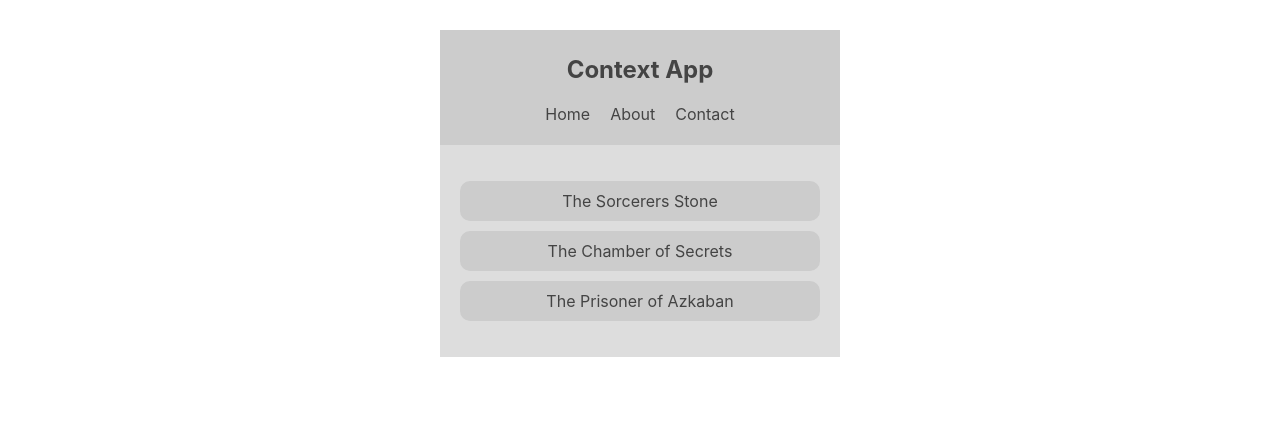
Repository: gboyega/Hook-Context-tut
Page: /
An editor plug-in stored every save of this project. The page is shown before and after a run of saves, followed by the edit.
The browser window is 1280 px wide. The pictures show the whole page.
The project was rebuilt for these pictures with package versions that can differ from the ones it lists, and the page was loaded fresh each time.

Above is the page before, as saved 2020-01-19 16:10:07.

### src/index.css
body {
  margin: 0;
  font-family: -apple-system, BlinkMacSystemFont, 'Segoe UI', 'Roboto', 'Oxygen',
    'Ubuntu', 'Cantarell', 'Fira Sans', 'Droid Sans', 'Helvetica Neue',
    sans-serif;
  -webkit-font-smoothing: antialiased;
  -moz-osx-font-smoothing: grayscale;
}

.App {
  max-width : 400px;
  margin: 30px auto;
  text-align: center;
}

nav{
  padding: 5px;
}

nav ul {
  padding: 0;
}

nav ul li {
  display: inline-block;
  margin: 0 10px;
}

.book-list {
  padding: 20px;
  margin-bottom: 20px;
}

.book-list ul {
  padding: 0;
  list-style-type: none;
}

.book-list li {
  padding: 10px;
  margin: 10px auto;
  border-radius: 10px;
}

### src/App.js
import React from "react";
import Navbar from "./components/Navbar";
import BookList from "./components/BookList";
import ThemeContextProvider from "./contexts/ThemeContext";

function App() {
  return (
    <div className="App">
      <ThemeContextProvider>
        <Navbar />
        <BookList />
      </ThemeContextProvider>
    </div>
  );
}

export default App;

### src/components/Navbar.js
import React, { Component } from "react";
import { ThemeContext } from "../contexts/ThemeContext";

class Navbar extends Component {
  render() {
    return (
      <ThemeContext.Consumer>
        {context => {
          const { isLightTheme, light, dark } = context;
          const theme = isLightTheme ? light : dark;
          return (
            <nav style={{ background: theme.ui, color: theme.syntax }}>
              <h1>Context App</h1>
              <ul>
                <li>Home</li>
                <li>About</li>
                <li>Contact</li>
              </ul>
            </nav>
          );
        }}
      </ThemeContext.Consumer>
    );
  }
}

export default Navbar;

### src/components/BookList.js
import React, { Component } from "react";
import {ThemeContext} from "../contexts/ThemeContext";

class BookList extends Component {
  static contextType = ThemeContext;

  render() {
    const { isLightTheme, light, dark } = this.context;
    const theme = isLightTheme ? light : dark;
    return (
      <div
        className="book-list"
        style={{ background: theme.bg, color: theme.syntax }}
      >
        <ul>
          <li style ={{background: theme.ui}}>The Sorcerers Stone</li>
          <li style ={{background: theme.ui}}>The Chamber of Secrets </li>
          <li style ={{background: theme.ui}}>The Prisoner of Azkaban</li>
        </ul>
      </div>
    );
  }
}

export default BookList;

### src/contexts/ThemeContext.js
import React, { createContext, Component } from 'react';

export const ThemeContext = createContext();

class ThemeContextProvider extends Component {
    state = {
        isLightTheme: true,
        light: { syntax: '#444', ui: '#ccc', bg: '#ddd'},
        dark: { syntax: '#ccc', ui: '#222', bg: '#444'}
     }
     toggleTheme = () => {
         this.setState({ isLightTheme: !this.state.isLightTheme});
     }
    render() {
        return (
            <ThemeContext.Provider value = {{...this.state, toggleTheme: this.toggleTheme}}>
            {this.props.children}

            </ThemeContext.Provider>
        );
    }
}

export default ThemeContextProvider;

### src/components/ThemeToggle.js
import React, { Component } from 'react';
import { ThemeContext } from '../contexts/ThemeContext';

class ThemeToggle extends Component {
    static contextType = ThemeContext;
    render() {
        const {toggleTheme} = this.context;
        return (
            <button onClick ={toggleTheme}>Toggle Theme</button>
        );
    }
}

export default ThemeToggle;

Loaded but not shown: public/index.html (common file); src/index.js (common file); src/serviceWorker.js (common file)

After the next 6 saves:
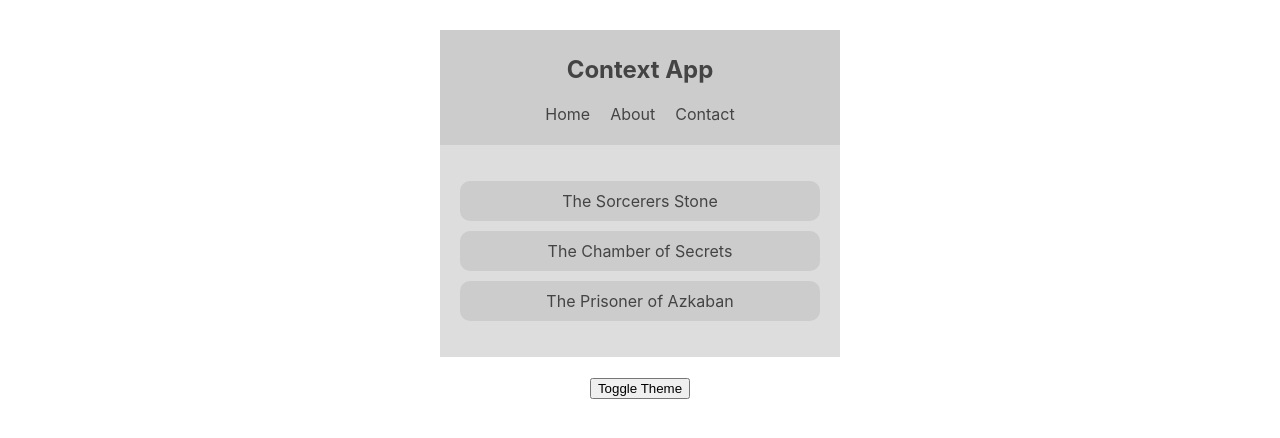
The 6 saves are shown as one change because they came seconds apart.
The last was saved 21 s later.
--- a/src/App.js
+++ b/src/App.js
@@ -2,6 +2,7 @@ import React from "react";
 import Navbar from "./components/Navbar";
 import BookList from "./components/BookList";
 import ThemeContextProvider from "./contexts/ThemeContext";
+import ThemeToggle from "./components/ThemeToggle";
 
 function App() {
   return (
@@ -9,6 +10,7 @@ function App() {
       <ThemeContextProvider>
         <Navbar />
         <BookList />
+        <ThemeToggle />
       </ThemeContextProvider>
     </div>
   );
